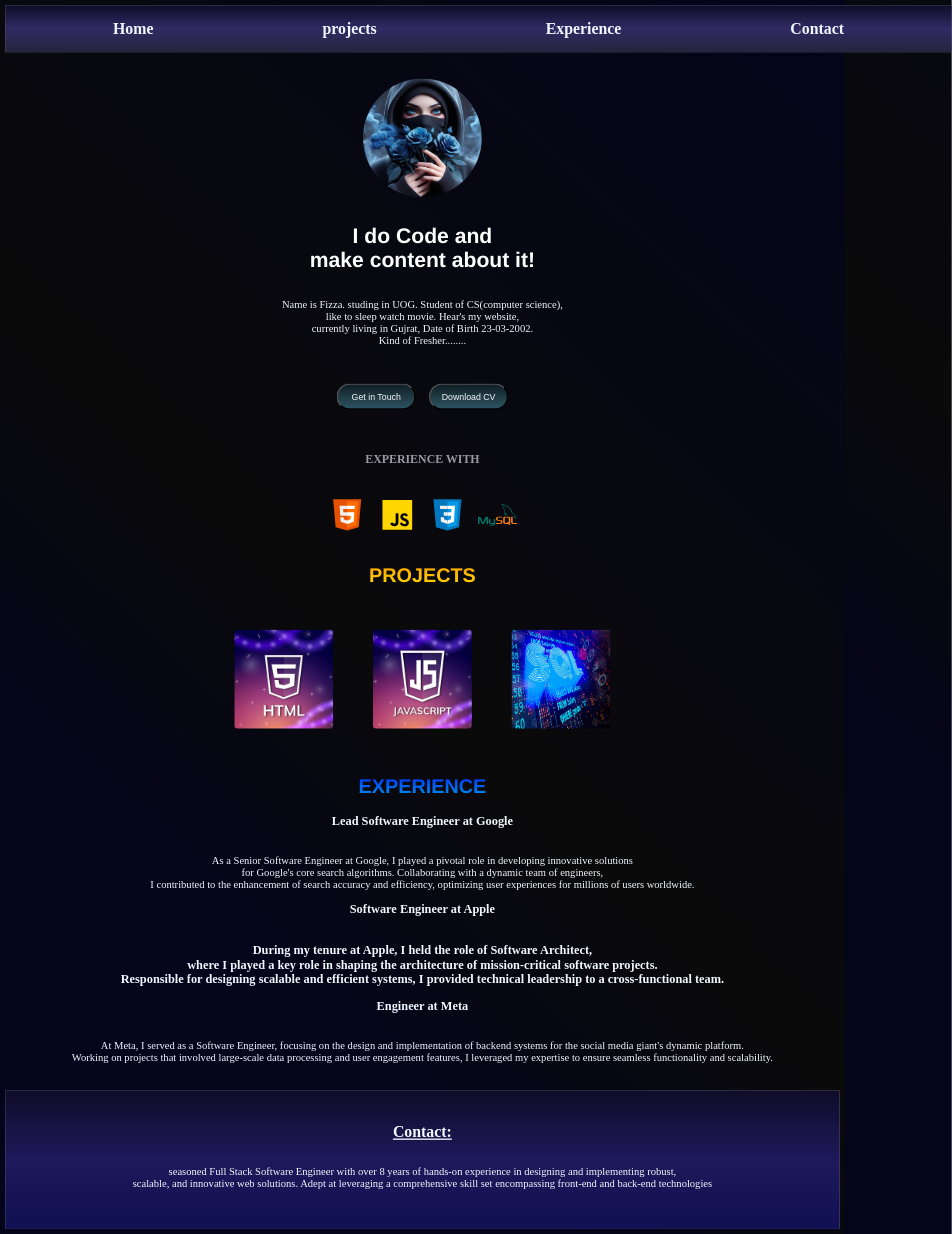
Repository: Fizza-112/portfolio
Page: index.html
The author's editor kept a copy of each file at every save. The page is drawn from the files as they stood at one save, then again after the next save.
The browser window is 1280 px wide. The page is 1442 px wide, so the pictures cover 1442 px, including what lies to the right of the window. The pictures show the whole page, at 66% of full size.

Above is the page before, as saved 2024-08-29 06:52:11.

After the next save:
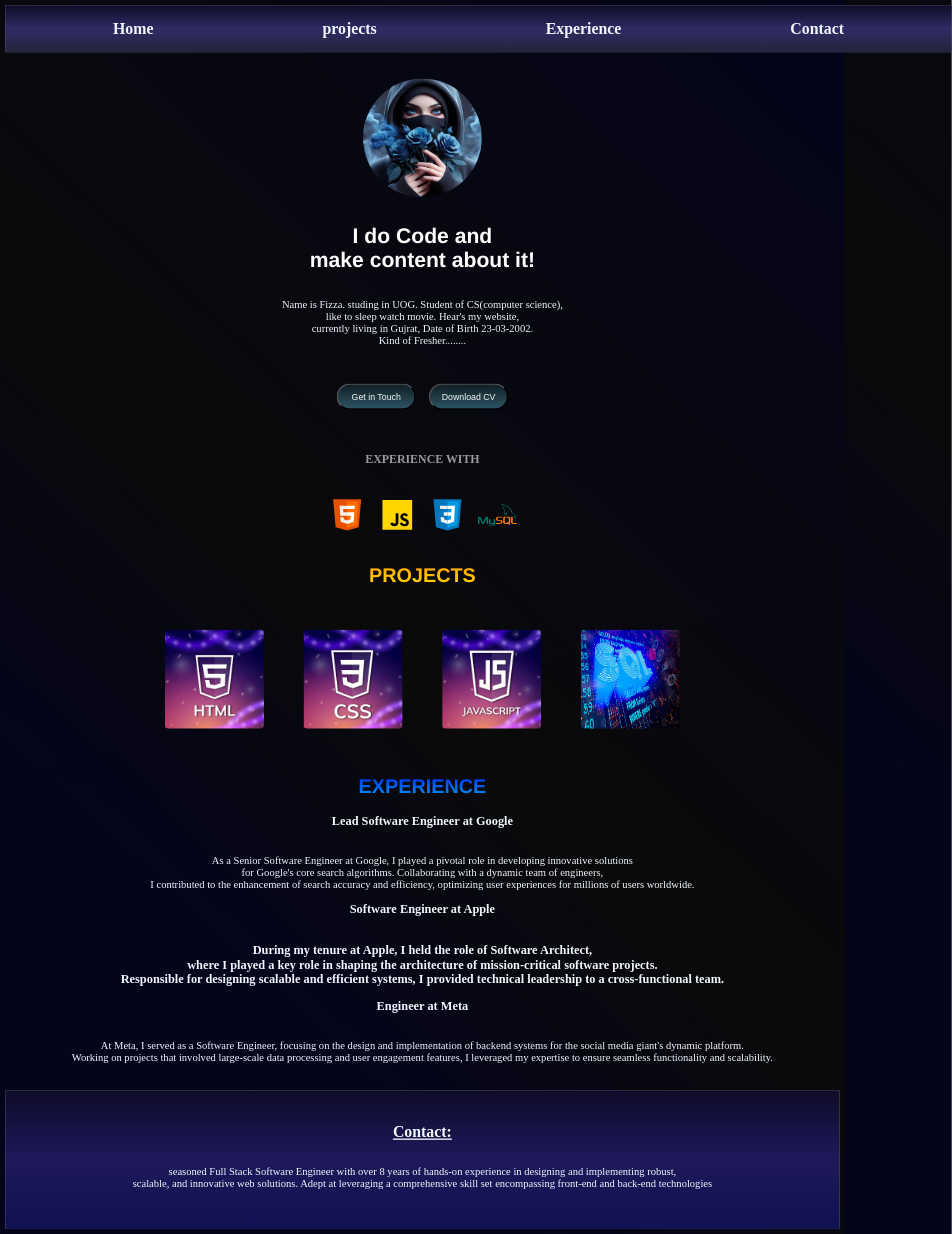
Saved 2 min 14 s later.
--- a/index.html
+++ b/index.html
@@ -44,6 +44,7 @@
 
     <div class="hjs">
         <image src="/html.png" alt="img" class="photo">
+        <image src="/css.png" alt="img" class="photo">
               <img src="/js.png" alt="img"class="photo">
               <img src="/sql.jpg" alt="img" class="photo">
         </div>
